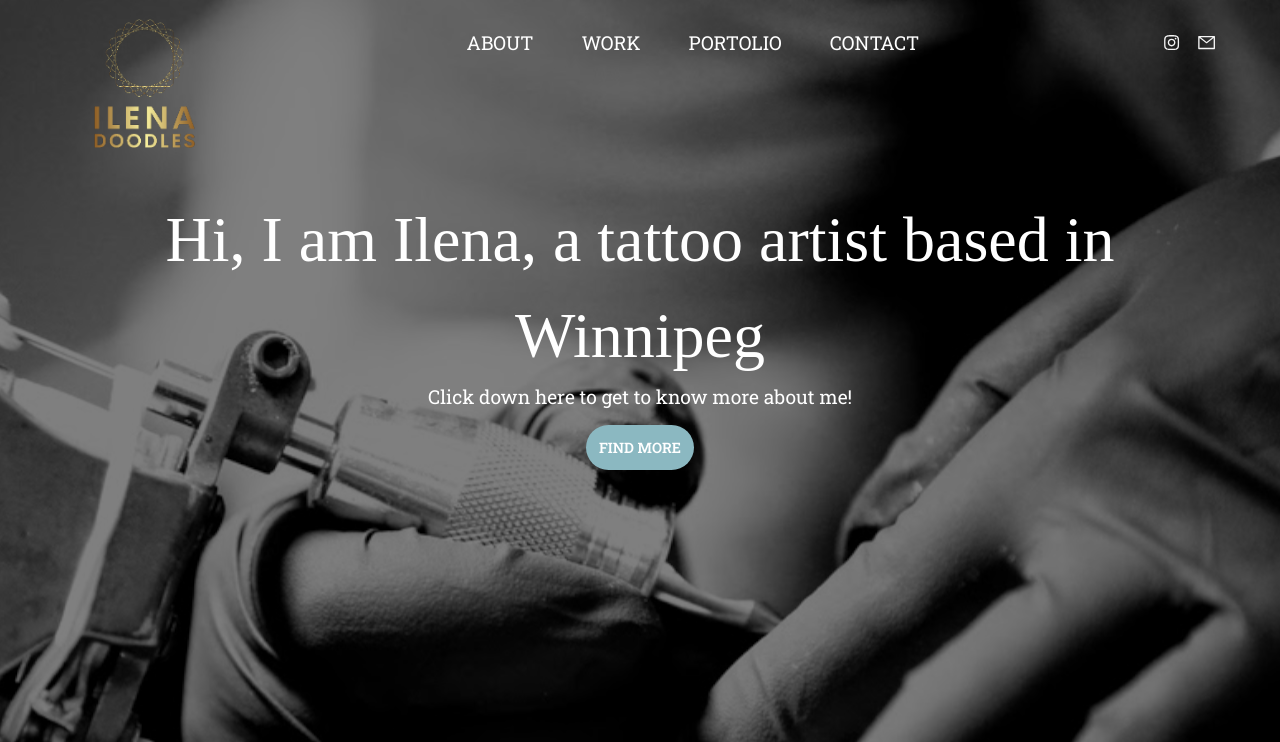
Repository: Leoka2000/Ilena
Page: /
An editor plug-in stored every save of this project. The page is shown before and after the next save, followed by the edit.
The browser window is 1280 px wide. The pictures show the whole page.
Some web fonts or font styles are not loaded; a fallback is used. The project was rebuilt for these pictures with package versions that can differ from the ones it lists, and the page was loaded fresh each time. Also part of the build but not shown: src/App.css.

Above is the page before, as saved 2023-03-02 11:33:21.

After the next save:
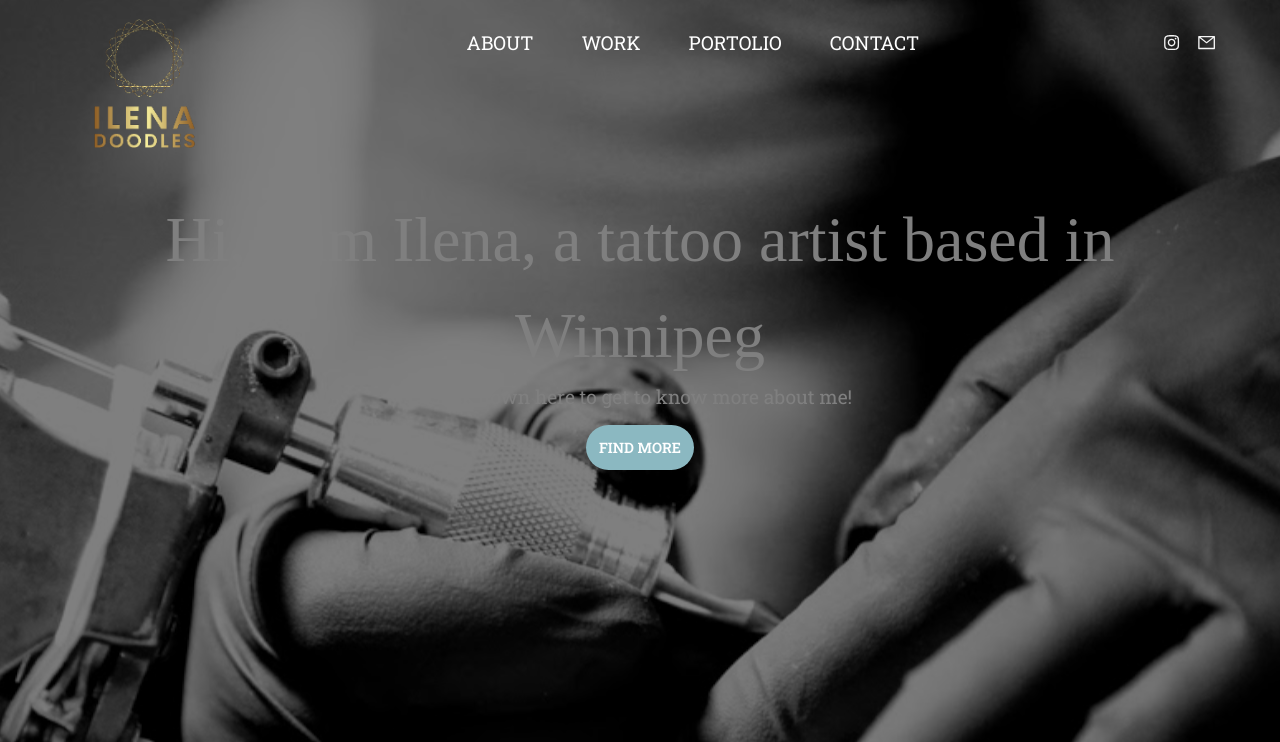
Saved 2 min 12 s later.
--- a/src/pages/hero/hero.css
+++ b/src/pages/hero/hero.css
@@ -23,7 +23,7 @@
   height: 100%;
   background-color: rgba(0, 0, 0, 0.5); /* adjust the opacity as needed */
   filter: brightness(0.7); /* apply the filter to the overlay */
-  z-index: -1;
+  z-index: 1;
 }
 
 .hero-section > h1 {

After the save that followed:
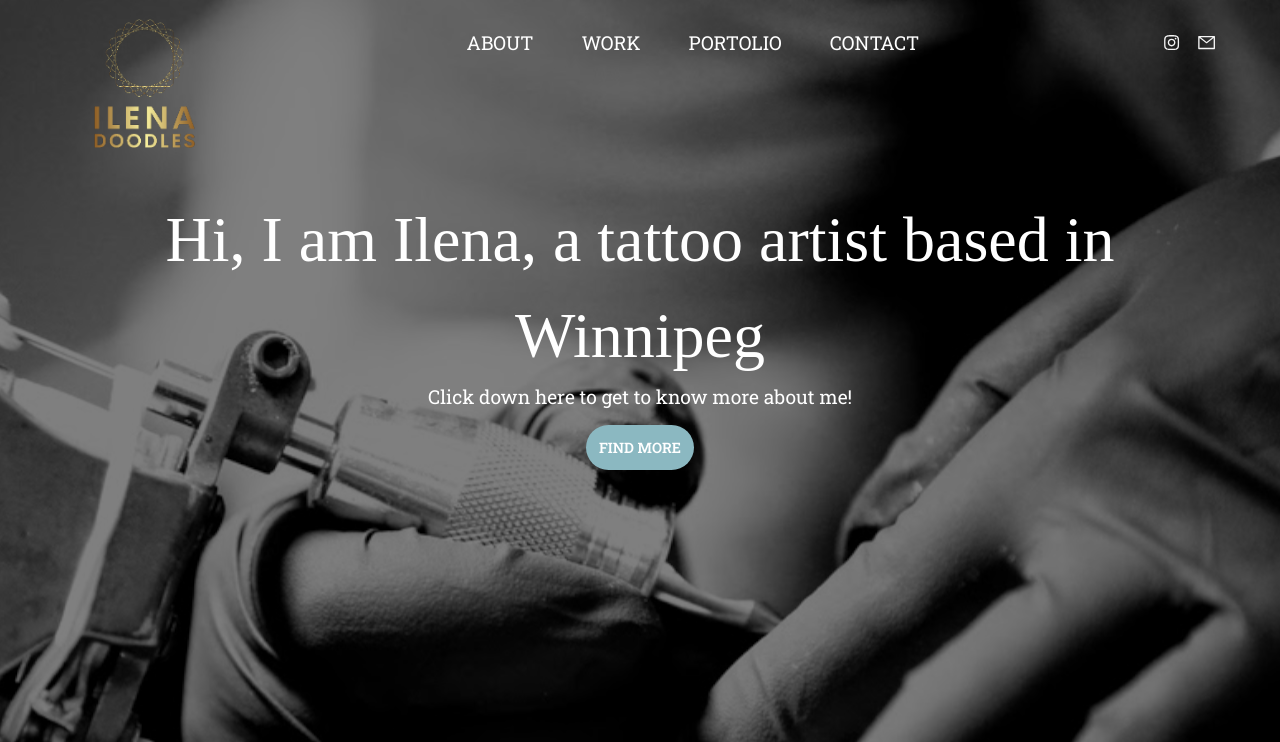
Saved 10 s later.
--- a/src/pages/hero/hero.css
+++ b/src/pages/hero/hero.css
@@ -23,7 +23,7 @@
   height: 100%;
   background-color: rgba(0, 0, 0, 0.5); /* adjust the opacity as needed */
   filter: brightness(0.7); /* apply the filter to the overlay */
-  z-index: 1;
+  z-index: -1;
 }
 
 .hero-section > h1 {
